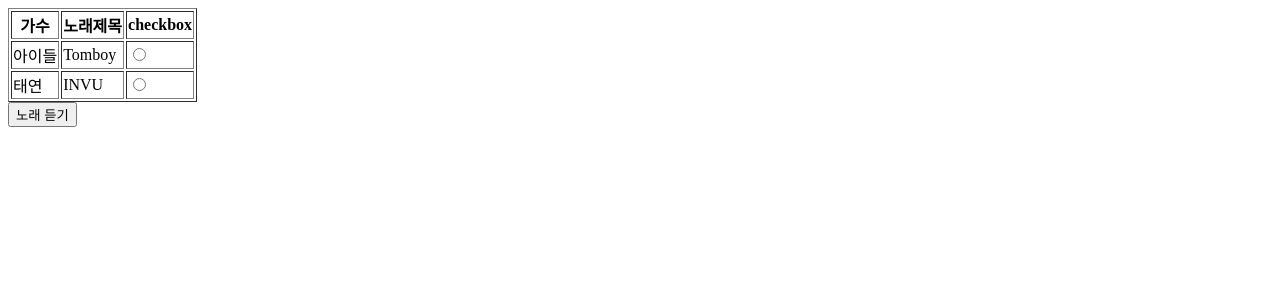
Repository: gowjd4419/jsp
Page: http://localhost/JSPBasic/jspobject/quiz/music.jsp
An editor plug-in stored every save of this project. The page is shown before and after the next save, followed by the edit.
The browser window is 1280 px wide. The pictures show the whole page.
The page is served by Tomcat 9.

Above is the page before, as saved 2022-03-28 09:42:55.

After the next save:
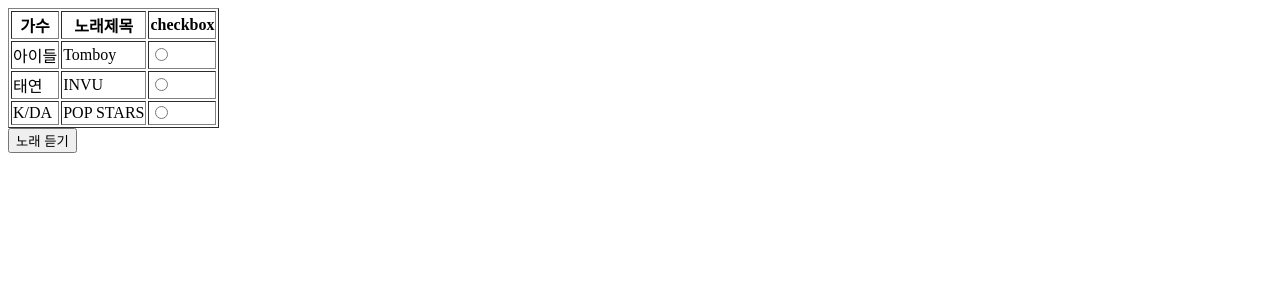
Saved 4 min 11 s later.
--- a/JSPBasic/src/main/webapp/jspobject/quiz/music.jsp
+++ b/JSPBasic/src/main/webapp/jspobject/quiz/music.jsp
@@ -25,6 +25,11 @@
        <td>INVU</td>
        <td><input type = "radio" name="music" value="2번"><br></td>
     </tr>
+    <tr>
+       <td>K/DA</td>
+       <td>POP STARS</td>
+       <td><input type = "radio" name="music" value="3번"><br></td>
+    </tr>
     </tbody>
     </table>
     <input type="submit" value="노래 듣기"><br>
